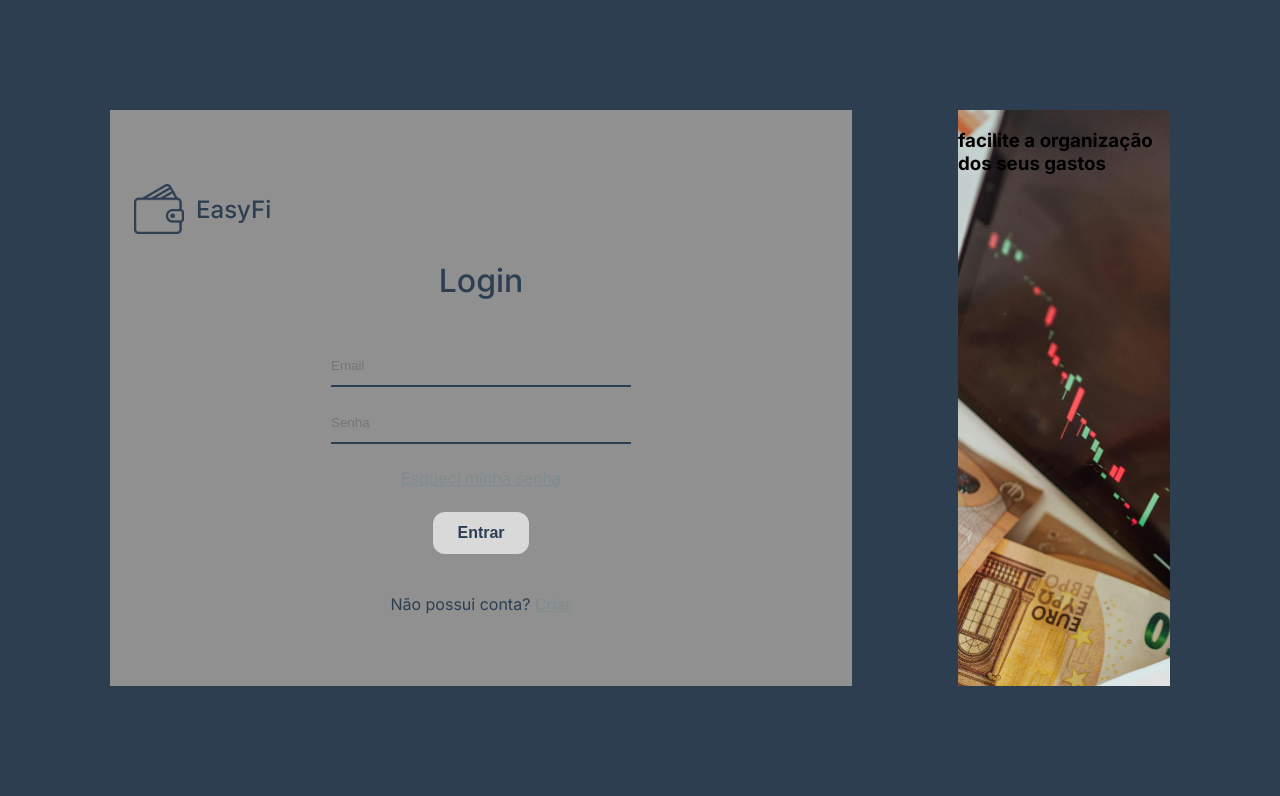
Repository: Ingridiag/projeto-engenharia
Page: login.html
These files come from the project's save history. The page is drawn as it stood at one moment and after a run of saves; the edit follows.
The browser window is 1280 px wide. The pictures show the whole page.

Above is the page before, as saved 2024-10-28 16:59:19.

### login.html
<!DOCTYPE html>
<html lang="pt">

<head>
    <meta charset="UTF-8">
    <meta name="viewport" content="width=device-width, initial-scale=1.0">
    <link rel="preconnect" href="https://fonts.googleapis.com">
<link rel="preconnect" href="https://fonts.gstatic.com" crossorigin>
<link href="https://fonts.googleapis.com/css2?family=Inter:ital,opsz,wght@0,14..32,100..900;1,14..32,100..900&display=swap"
rel="stylesheet">
    <link rel="stylesheet" href="style.css">
    <title>Login</title>
</head>

<body>
    <div class="container">

        <!-- Tela Login -->
        <div class="login">
            <div class="primeira-coluna">
                <div class="logo">
                    <img src="imagens/logo-azul 1.svg" alt="logo">
                    <h1>EasyFi</h1>
                </div>
                <div class="formulario">
                    <h1 class="title">Login</h1>
                    <form >
                        <input type="email" placeholder="Email">
                        <input type="password" placeholder="Senha">
                    </form>
                    <div class="uses">
                        <a href="#" class="link">Esqueci minha senha</a>

                    </div>
                    <div class="btn-default">
                        <button>
                            Entrar
                        </button>
                    </div>
                    <div >
                        <p>Não possui conta?
                            <span>
                                <a href="#" class="link">Criar</a>
                            </span>
                        </p>
                    </div>
                </div>
            </div>
            <div class="decor">
                <h3 class="mensagem">
                    facilite a organização dos seus gastos
                </h3>

            </div>
        </div>



        <div class="cadastro">
            <!-- Tela Cadastro -->
            <div class="decor">
                <h3 class="mensagem">
                    facilite a organização dos seus gastos
                </h3>
            </div>

            <div class="primeira-coluna">
                <div class="logo">
                    <img src="imagens/logo-azul 1.svg" alt="logo">
                    <h1>EasyFi</h1>
                </div>
                <div class="formulario">
                    <h1 class="title">Criar Conta</h1>
                    <form >
                        <input type="text" placeholder="Nome">
                        <input type="email" placeholder="Email">
                        <input type="password" placeholder="Senha">
                        <input type="password" placeholder=" Confirmar senha">
                    </form>
                    <div>
                        <a href="#" class="link">Esqueci minha senha</a>

                    </div>
                    <div class="btn-default">
                        <button>
                            Entrar
                        </button>
                    </div>
                    <div class="uses">
                        <p>Já possui conta?
                            <span>
                                <a href="#" class="link">Login</a>
                            </span>
                        </p>
                    </div>
                </div>
            </div>
        </div>


    </div>

</body>

</html>

### style.css
body {
    margin: 0;
    padding: 0;
    box-sizing: border-box;
    background: #2C3E50;
    font-family: "Inter", sans-serif;
}

.container {
    display: flex;
    justify-content: center;
    align-items: center;
    margin: 0 auto;
    padding: 4%;
}

.login {
    width: 100%;
    height: 80vh;
    padding: 5%;
    display: flex;
    align-items: center;
    justify-content: space-between;
}

.primeira-coluna {
    width: 70%;
    height: 100%;
    display: flex;
    flex-direction: column;
    justify-content: center;
    background: #909090;
}

.logo {
    display: flex;
    gap: 12px;
    align-items: center;
    padding: 12px 24px 0;
    color: #2C3E50;

    h1 {
        font-size: 24px;
        font-weight: 500;
    }
    img{
        width: 50px;

    }

}

.formulario {
    display: flex;
    flex-direction: column;
    align-items: center;
    gap: 24px;
    color: #2C3E50;
    h1{
        font-weight: 500;}
}

.formulario form {
    display: flex;
    flex-direction: column;
    gap: 16px;
}

.formulario form input {
    width: 300px;
    padding: 12px 0px;
    background: none;
    border: none;
    border-bottom: 2px solid #2C3E50;
    outline: none;
    color: #2C3E50;

}

.formulario a {
    color: #7F8C8D;
}

.btn-default button {
    background: #D9D9D9;
    border: none;
    border-radius: 12px;
    padding: 12px 24px;
    font-size: 16px;
    transition: 0.2s ease;
    cursor: pointer;
    color: #2C3E50;
    font-weight: 600;
}

.btn-default button:hover {
    background: #F4EEEE;
    color: #577695;
    transform: scale(1.1);
}
.decor{
  width: 20%;
  height: 80vh;
  background-image: url(imagens/imagem_background.svg)
}

.cadastro {
    display: none;
    flex-direction: column;
    position: relative;
}

After the next 2 saves:
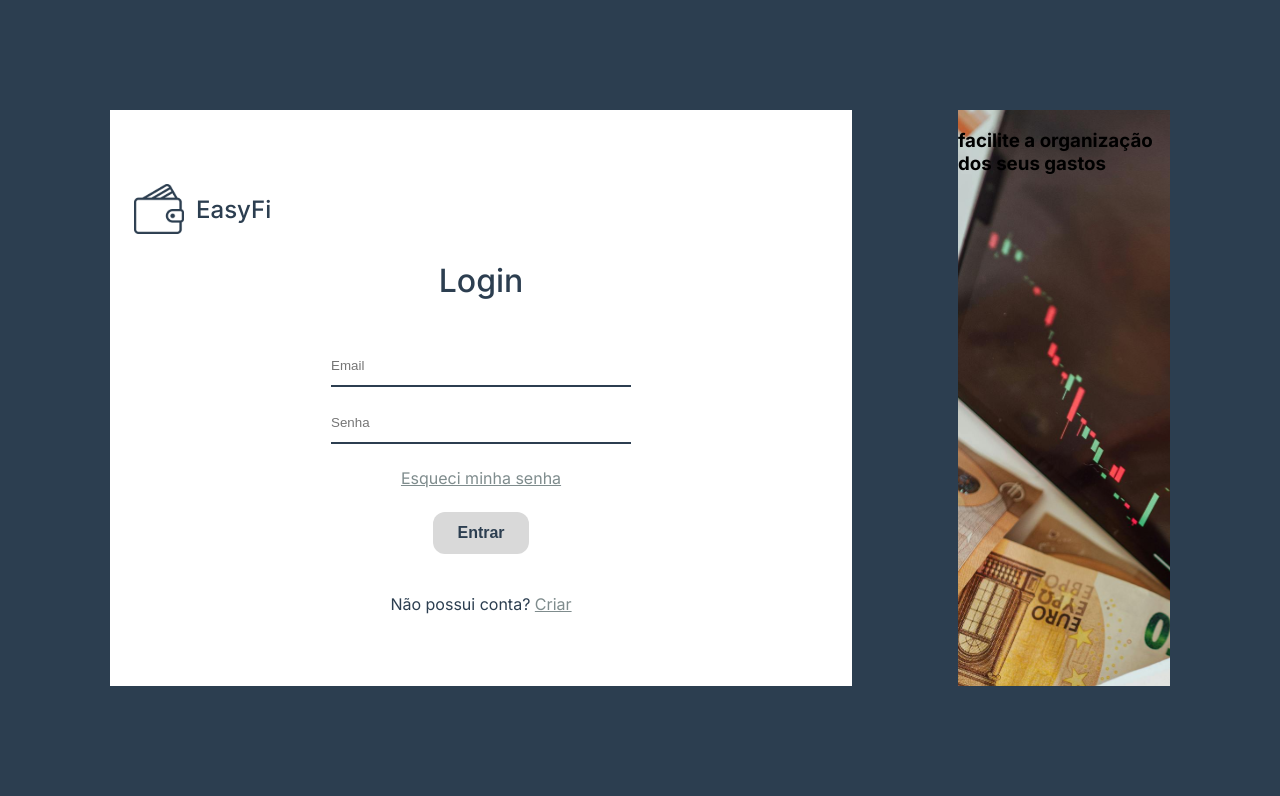
The 2 saves are shown as one change because they came seconds apart.
The last was saved 8 s later.
--- a/style.css
+++ b/style.css
@@ -29,7 +29,7 @@ body {
     display: flex;
     flex-direction: column;
     justify-content: center;
-    background: #909090;
+    background: #fff;
 }
 
 .logo {
